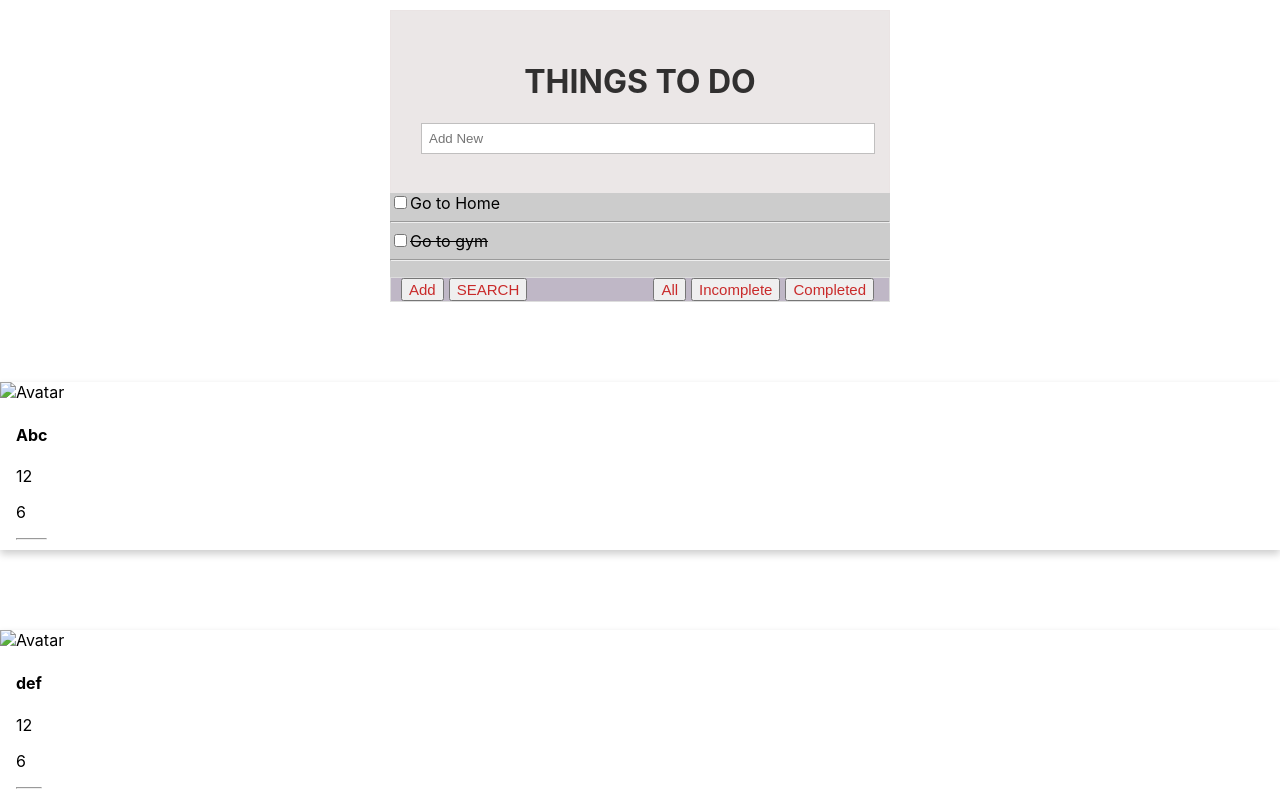
Repository: kirangautam45/To-Do-Application
Page: /
An editor plug-in stored every save of this project. The page is shown before and after the next save, followed by the edit.
The browser window is 1280 px wide. The pictures show the whole page.
The project was rebuilt for these pictures with package versions that can differ from the ones it lists, and the page was loaded fresh each time.

Above is the page before, as saved 2022-08-12 11:46:58.

After the next save:
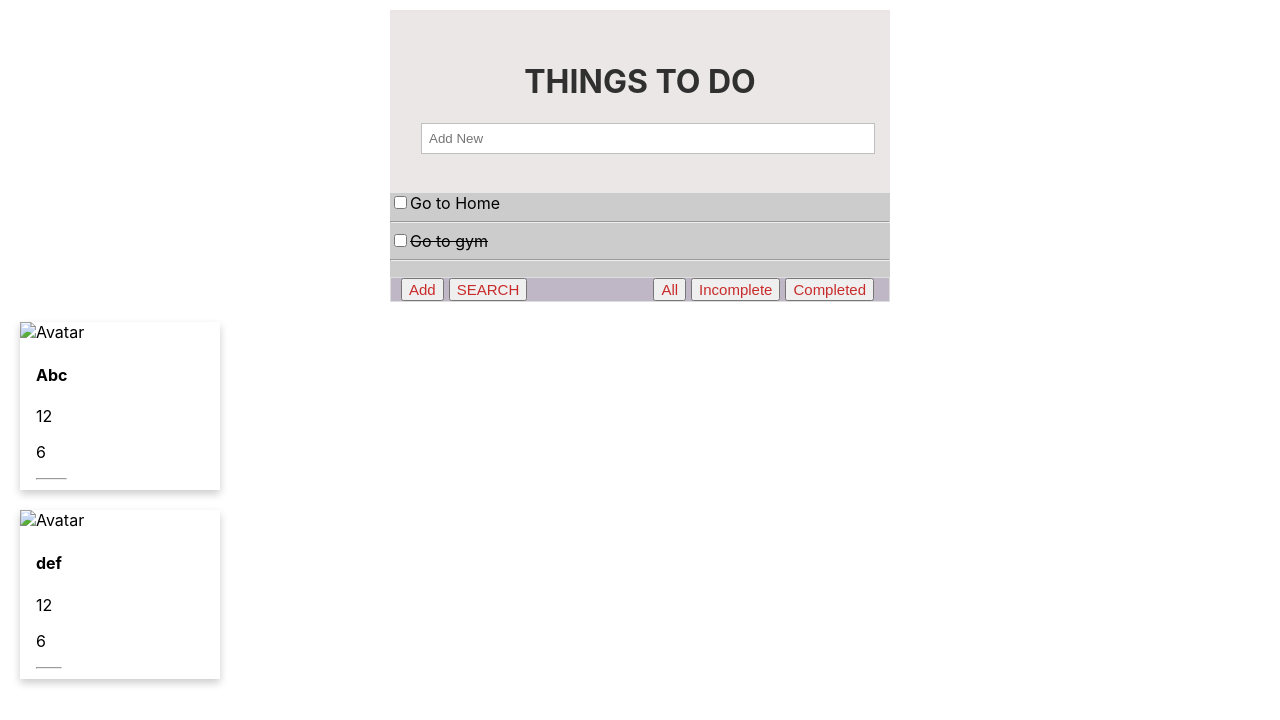
Saved 108 s later.
--- a/src/App.css
+++ b/src/App.css
@@ -74,6 +74,8 @@ flex-direction: row;
   box-shadow: 0 4px 8px 0 rgba(0,0,0,0.2);
   transition: 0.3s;
   margin-block-start:5rem;
+  width: 200px;
+margin: 20px;
 }
 
 /* On mouse-over, add a deeper shadow */
